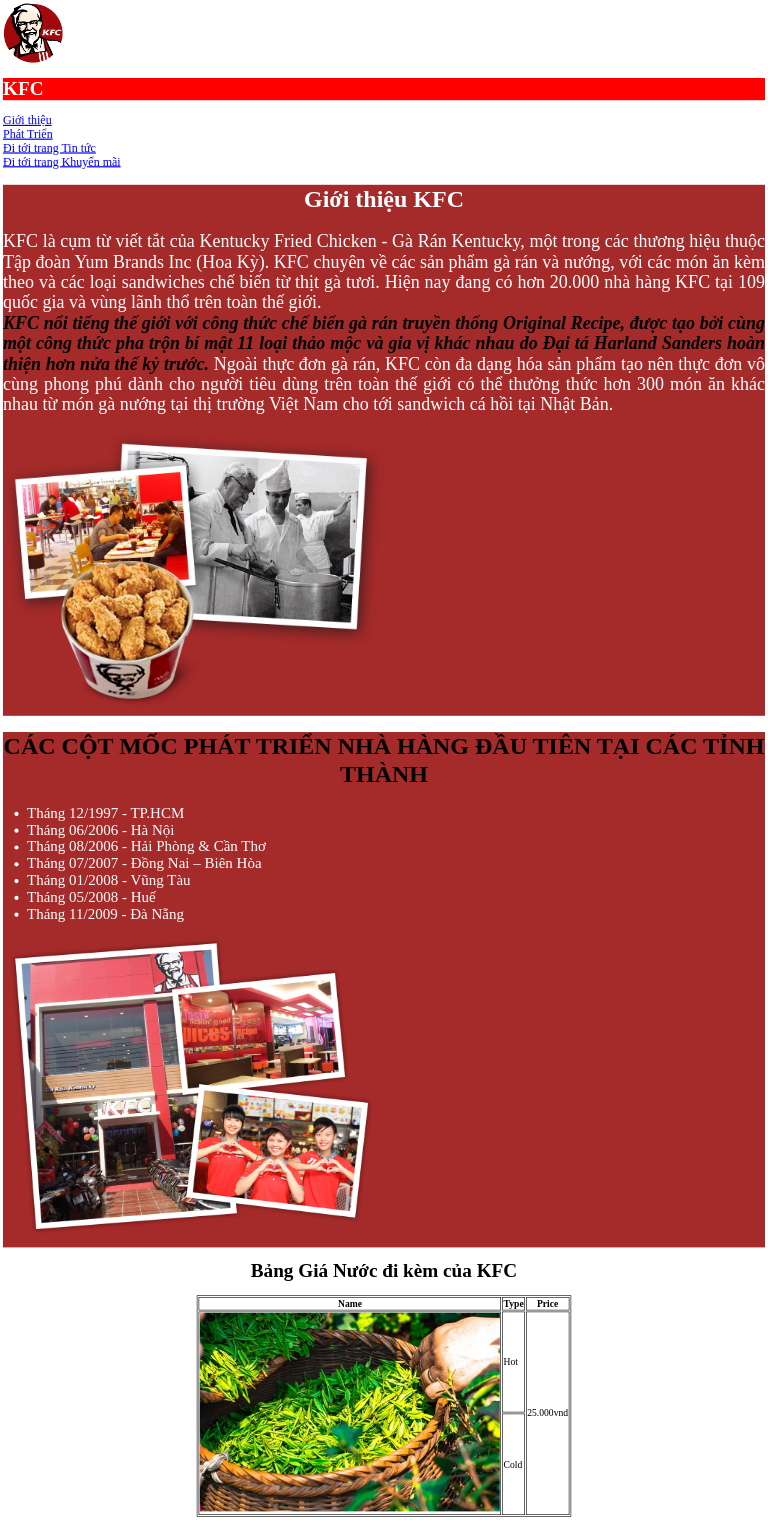
Repository: giahuy405/BC38__-BaiTapHTML_KFC__Pham_Gia_Huy
Page: index.html
The author's editor kept a copy of each file at every save. The page is drawn from the files as they stood at one save, then again after the next save.
The browser window is 1280 px wide. The pictures show the whole page, at 60% of full size.

Above is the page before, as saved 2022-09-06 19:45:07.

### index.html
<!DOCTYPE html>
<html lang="en">
<head>
    <meta charset="UTF-8">
    <meta http-equiv="X-UA-Compatible" content="IE=edge">
    <meta name="viewport" content="width=device-width, initial-scale=1.0">
    <title>Document</title>
    <link rel="stylesheet" href="./css/index.css">
</head>
<body>
    <header>
        <img src="./img/logo.png" alt="">
        <h1>KFC</h1>
    </header>
    <nav>
        <ul>
            <li><a href="#">Giới thiệu</a></li>
            <li><a href="#">Phát Triển</a></li>
            <li><a href="#">Đi tới trang Tin tức</a></li>
            <li><a href="#">Đi tới trang Khuyến mãi</a></li>
        </ul>
    </nav>
    <div class="introduce-KFC">
        <h1>Giới thiệu KFC</h1>

        <p>KFC là cụm từ viết tắt của Kentucky Fried Chicken - Gà Rán Kentucky, một trong các thương hiệu thuộc Tập đoàn Yum Brands Inc (Hoa Kỳ). KFC chuyên về các sản phẩm gà rán và nướng, với các món ăn kèm theo và các loại sandwiches chế biến từ thịt gà tươi. Hiện nay đang có hơn 20.000 nhà hàng KFC tại 109 quốc gia và vùng lãnh thổ trên toàn thế giới.
        <br>
            <span><i style="color:black;"><b>KFC nổi tiếng thế giới với công thức chế biến gà rán truyền thống Original Recipe, được tạo bởi cùng một công thức pha trộn bí mật 11 loại thảo mộc và gia vị khác nhau do Đại tá Harland Sanders hoàn thiện hơn nửa thế kỷ trước.</b></i></span> Ngoài thực đơn gà rán, KFC còn đa dạng hóa sản phẩm tạo nên thực đơn vô cùng phong phú dành cho người tiêu dùng trên toàn thế giới có thể thưởng thức hơn 300 món ăn khác nhau từ món gà nướng tại thị trường Việt Nam cho tới sandwich cá hồi tại Nhật Bản.
        </p>
        <img style="width:50%" src="./img/about-pic-1.png" alt="">
    </div>

    <div class="branch-KFC">
        <h1>CÁC CỘT MỐC PHÁT TRIỂN NHÀ HÀNG ĐẦU TIÊN TẠI CÁC TỈNH THÀNH</h1>

        <ul>
            <li>Tháng 12/1997 - TP.HCM</li>
            <li>Tháng 06/2006 - Hà Nội</li>
            <li>Tháng 08/2006 - Hải Phòng & Cần Thơ</li>
            <li>Tháng 07/2007 - Đồng Nai – Biên Hòa</li>
            <li>Tháng 01/2008 - Vũng Tàu</li>
            <li>Tháng 05/2008 - Huế</li>
            <li>Tháng 11/2009 - Đà Nẵng</li>
        </ul>
        <img style="width:50%" src="./img/about-pic-3.png" alt="">

    </div>

    <div class="menu-water">
        <h1>Bảng Giá Nước đi kèm của KFC</h1>

        <table>
            <tr>
                <th>Name</th>
                <th>Type</th>
                <th>Price</th>
            </tr>
            <tr>
                <td rowspan="2">
                    <img src="./img/greentea.jpg" alt="">
                </td>
                <td>Hot</td>
                <td rowspan="2">25.000vnd</td>
            </tr>
            <tr>

                <td>Cold</td>
            </tr>
        </table>
    </div>
</body>
</html>

### css/index.css
*{
    box-sizing: border-box;
}
body{
    padding: 0;
    margin: 5px;
}
header img{
    width: 100px;
}
header h1{
    background-color: red;
    color: white;
}
nav ul{
    list-style: none;
    padding: 0;
}
nav ul li a{
    font-size: 20px;
    color: blue;
}
.introduce-KFC{
    background-color: #a52a2a;
}
.introduce-KFC h1{
    text-align:center ;
    font-size: 40px;
    color: white;
}
.introduce-KFC p{
    font-size: 30px;
    color: white;
    text-align: justify;
}
.branch-KFC{
    background-color: #a52a2a;
}
.branch-KFC h1{
    font-size: 40px;
    text-align: center;
}
.branch-KFC ul li{
    font-size: 25px;
    color: white;
}
.menu-water h1{
    text-align: center;
}
.menu-water table,th,td{

    border: 1px solid black;
}
.menu-water table{
    margin: 0 auto;
}

After the next save:
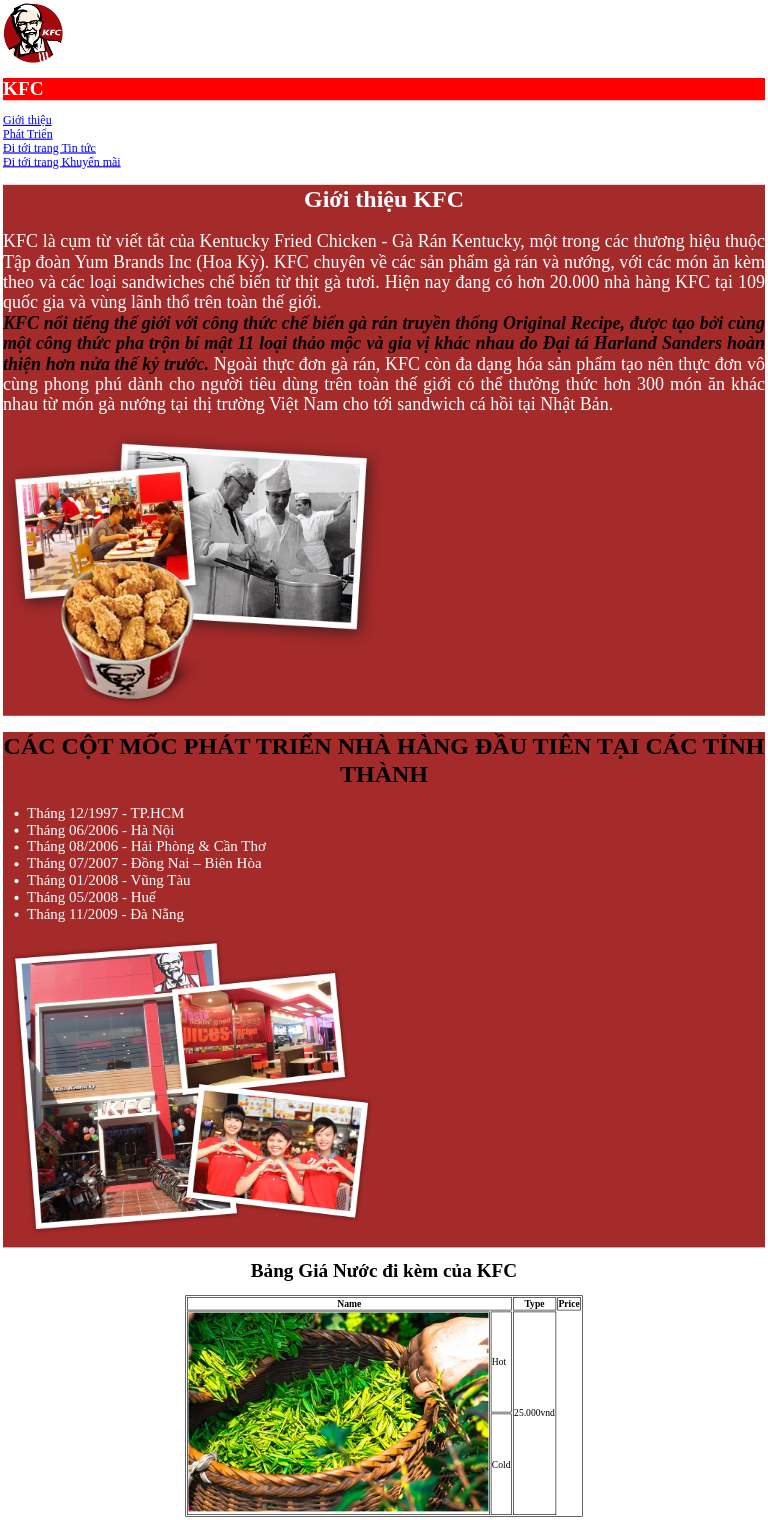
Saved 88 s later.
--- a/index.html
+++ b/index.html
@@ -51,7 +51,7 @@
 
         <table>
             <tr>
-                <th>Name</th>
+                <th colspan="2">Name</th>
                 <th>Type</th>
                 <th>Price</th>
             </tr>

After the save that followed:
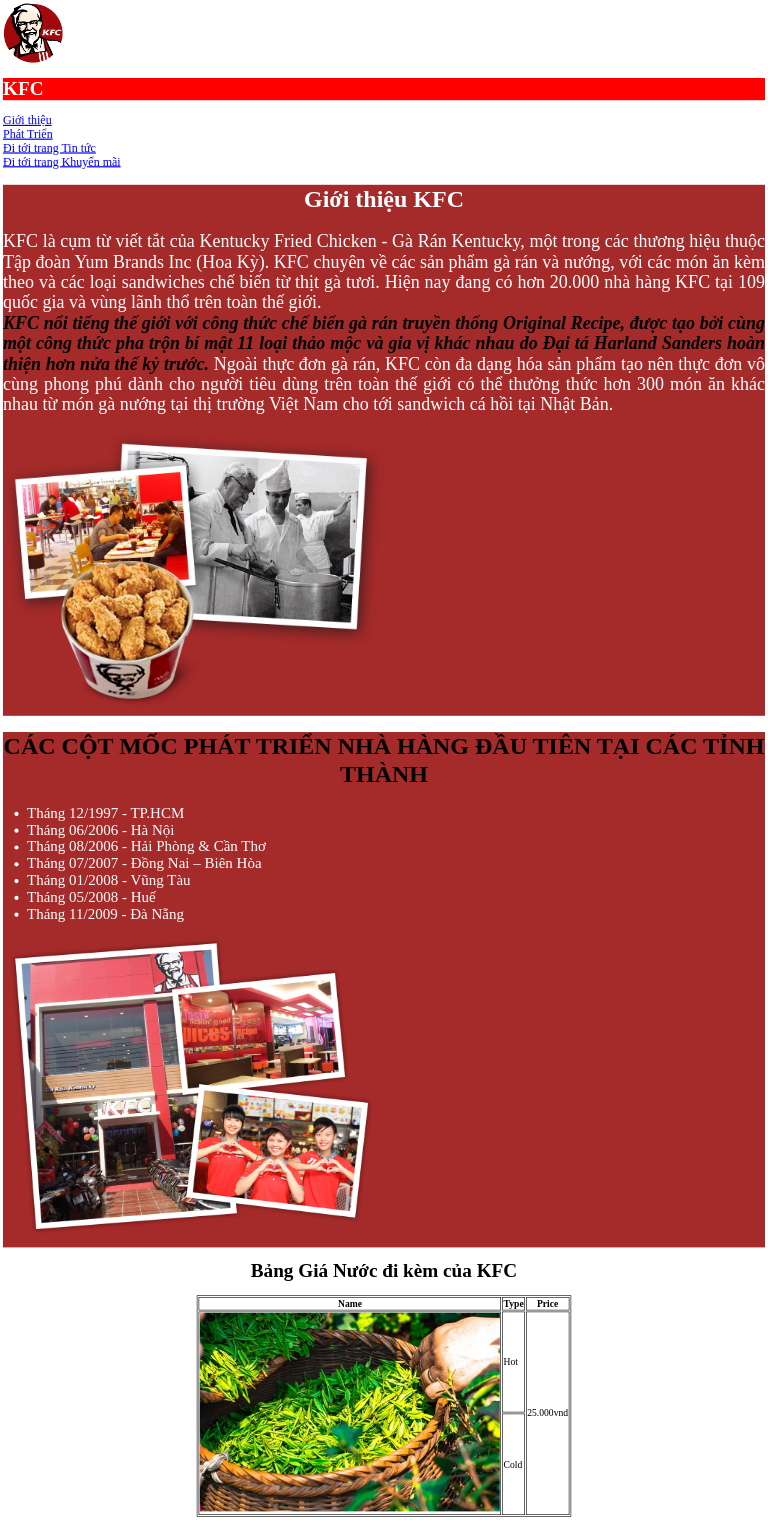
Saved 9 s later.
--- a/index.html
+++ b/index.html
@@ -56,7 +56,7 @@
                 <th>Price</th>
             </tr>
             <tr>
-                <td rowspan="2">
+                <td colspan="2" rowspan="2">
                     <img src="./img/greentea.jpg" alt="">
                 </td>
                 <td>Hot</td>
